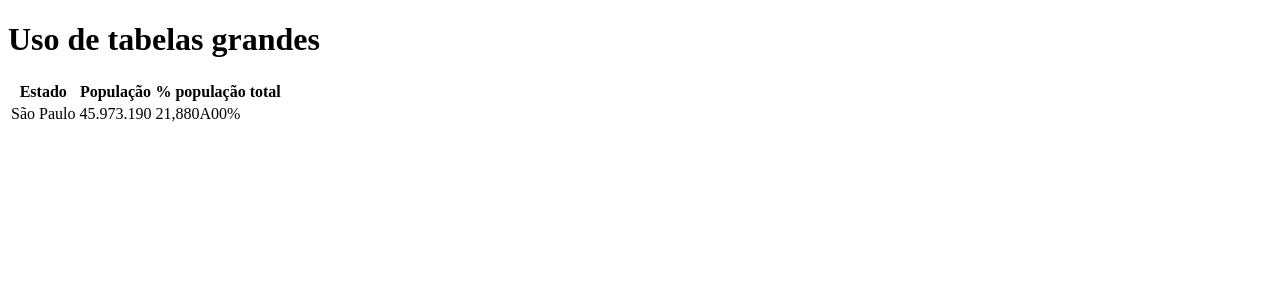
Repository: railsondev/html-css
Page: Módulo3/Exercicios/Ex02 - Tabelas/tabela002.html
An editor plug-in stored every save of this project. The page is shown before and after the next save, followed by the edit.
The browser window is 1280 px wide. The pictures show the whole page.

Above is the page before, as saved 2024-10-18 17:55:41.

After the next save:
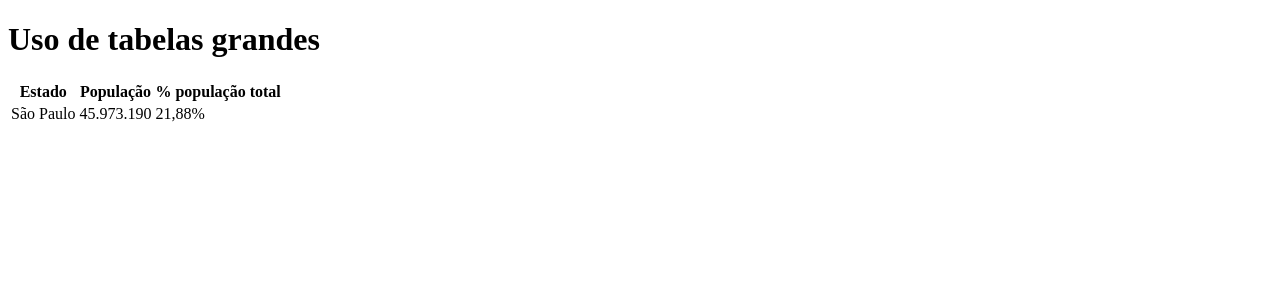
Saved 6 s later.
--- a/Módulo3/Exercicios/Ex02 - Tabelas/src/css/estilo01.css
+++ b/Módulo3/Exercicios/Ex02 - Tabelas/src/css/estilo01.css
@@ -1,7 +1,7 @@
 @charset 'UTF-8';
 
 .porc::after {
-  content: '0A00\%';
+  content: '%';
 }
 .porc::before {
   content: '';
